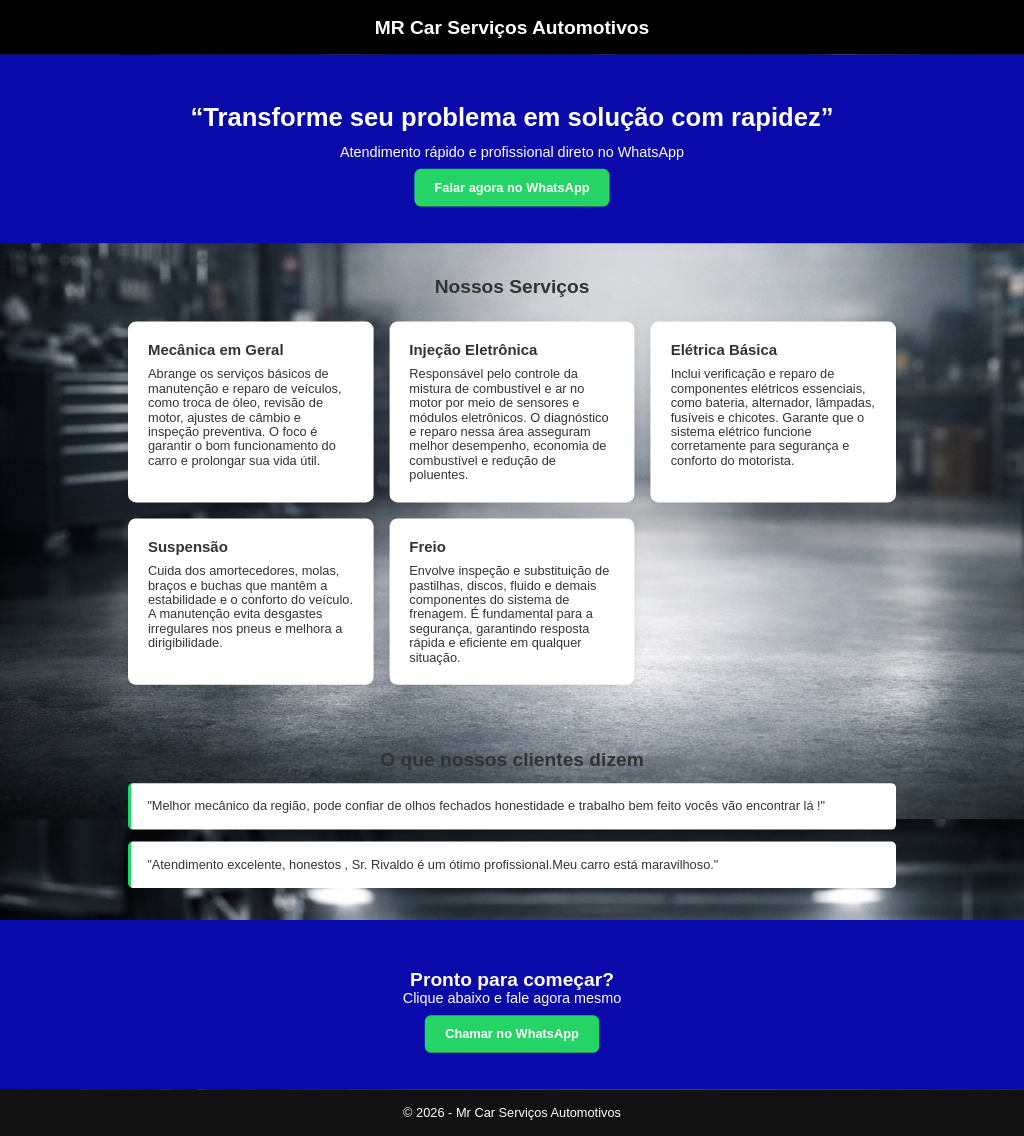
Repository: templaterj1991-Luiz/Main
Page: Template/index.html
These files come from the project's save history. The page is drawn as it stood at one moment and after the next save; the edit follows.
The browser window is 1280 px wide. The pictures show the whole page, at 80% of full size.

Above is the page before, as saved 2026-06-06 13:36:28.

After the next save:
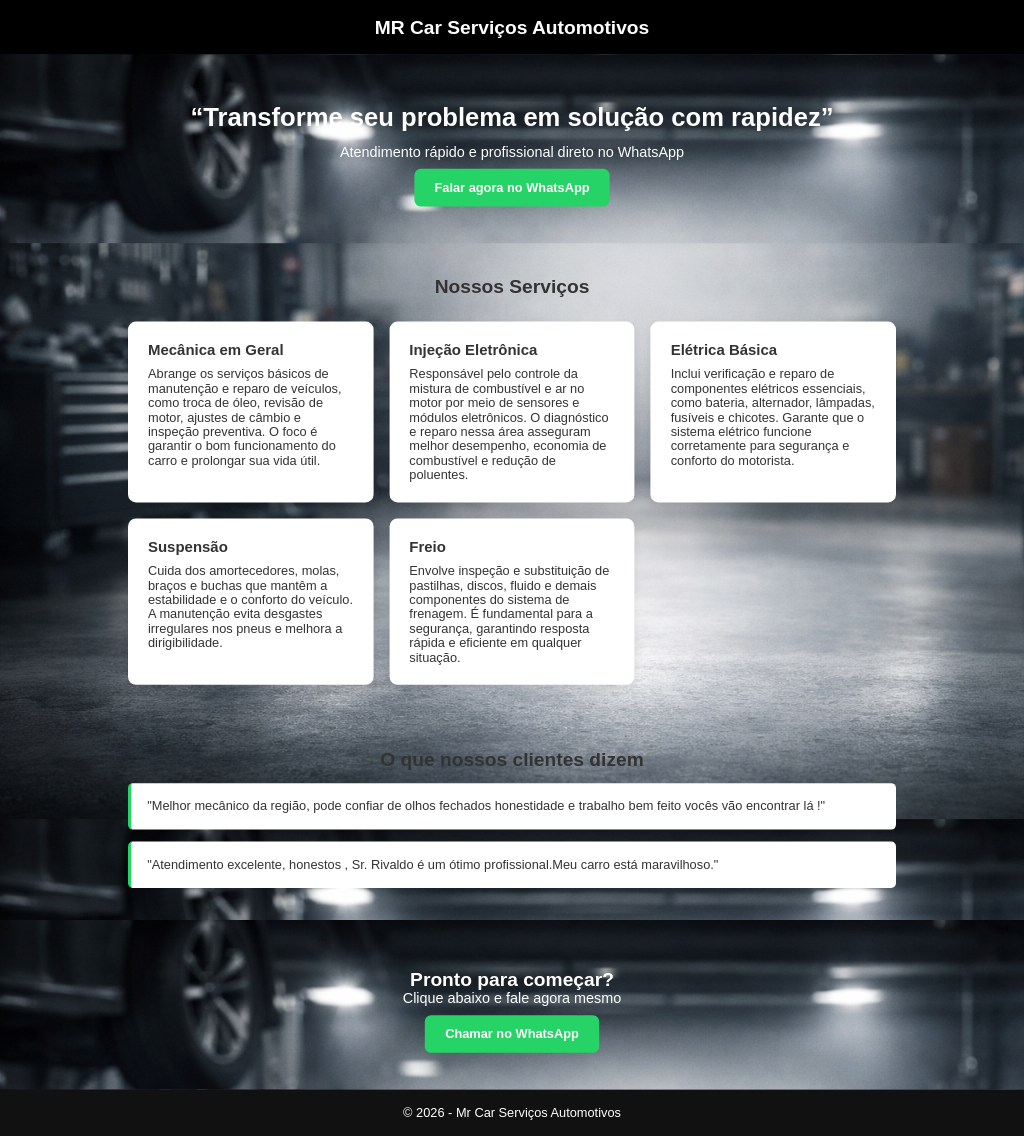
Saved 48 s later.
--- a/Template/index.html
+++ b/Template/index.html
@@ -28,7 +28,7 @@
         .hero {
             padding: 60px 20px;
             text-align: center;
-            background:  rgb(10, 10, 170);
+            background-image:url(../Template/assests/image_17807634293247997762059382456069.jpeg);
             color: white;
         }
 
